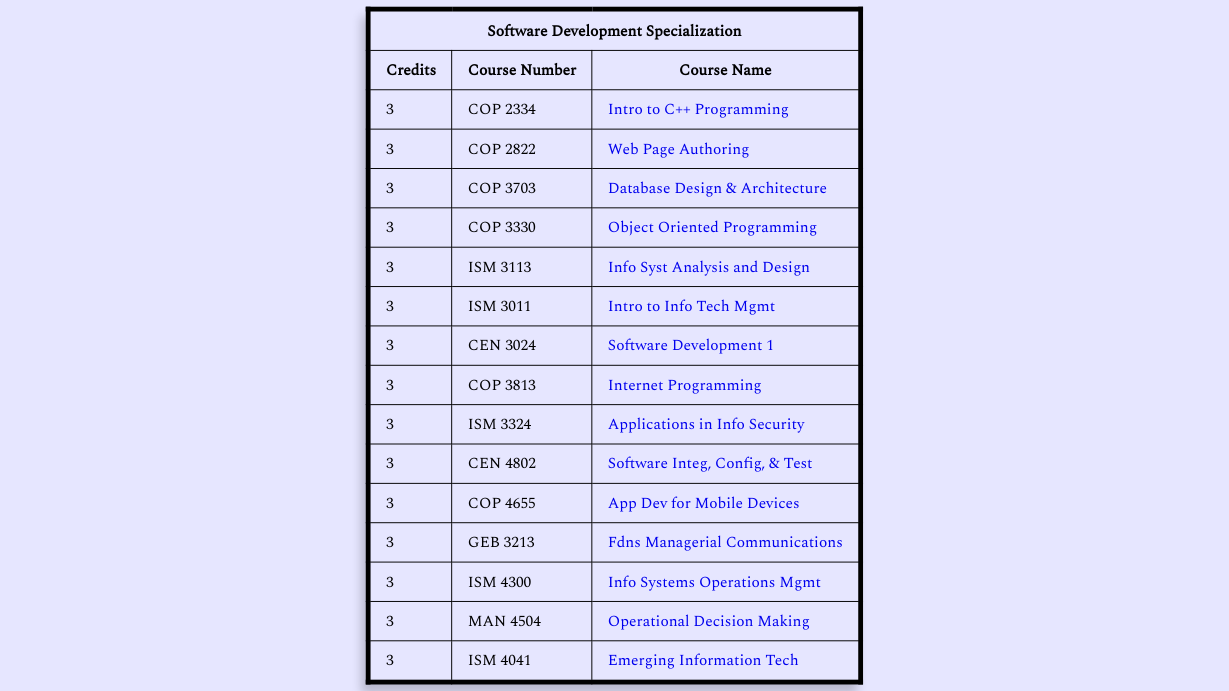
Repository: mlmEFSC21/P5-DegreeTableStyling
Page: FormattedProgramSpecialization3.html
The author's editor kept a copy of each file at every save. The page is drawn from the files as they stood at one save, then again after the next save.
The browser window is 1280 px wide. The pictures show the whole page, at 96% of full size.

Above is the page before, as saved 2022-02-07 15:44:57.

After the next save:
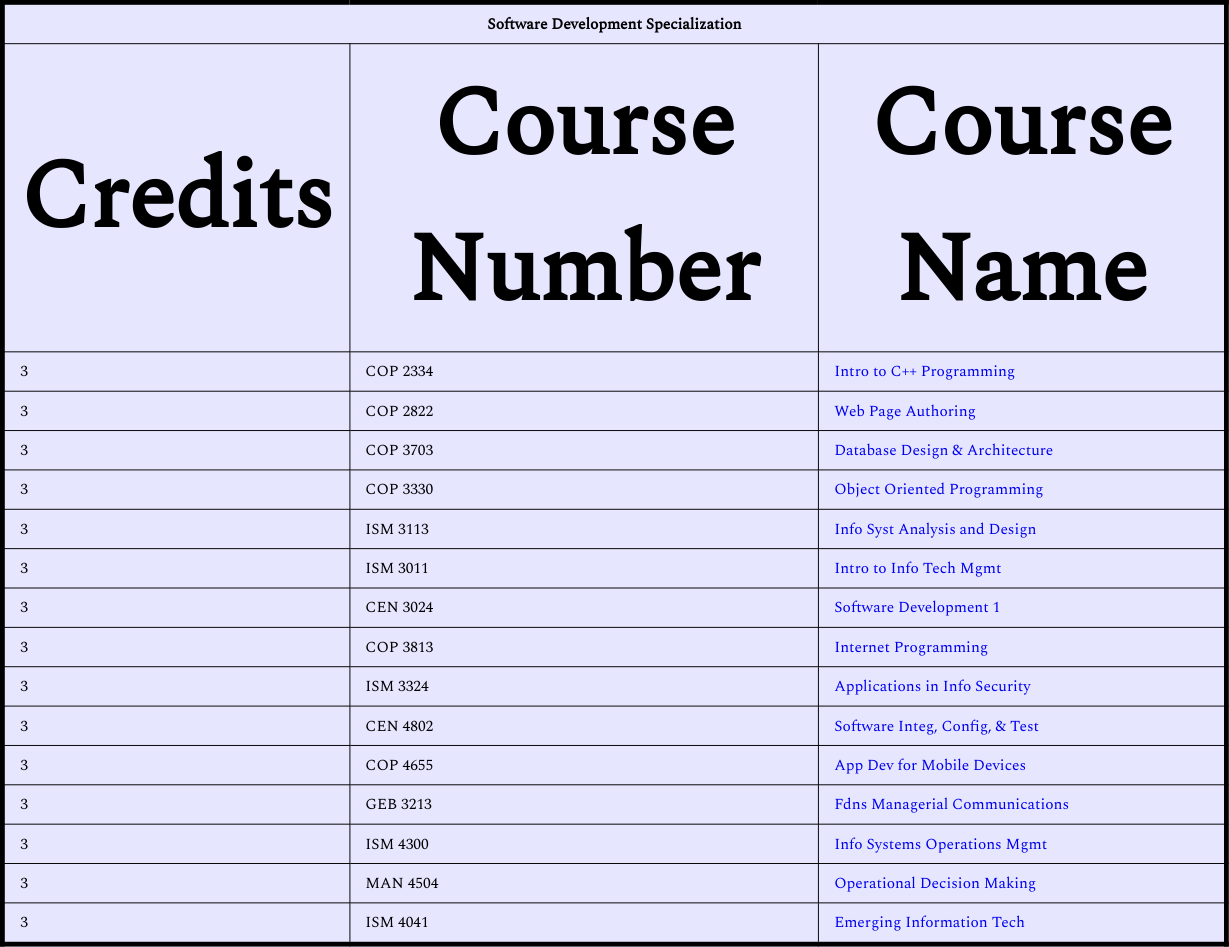
Saved 103 s later.
--- a/tableStyles.css
+++ b/tableStyles.css
@@ -37,6 +37,10 @@ thead:first-child {
     font-weight: bold;
     text-align: center;
 }
+.colTitles {
+    font-size: 100px;
+    font-display: underline;
+}
 th {
     border: 1px solid black;
     padding: 0.5rem 1rem;
